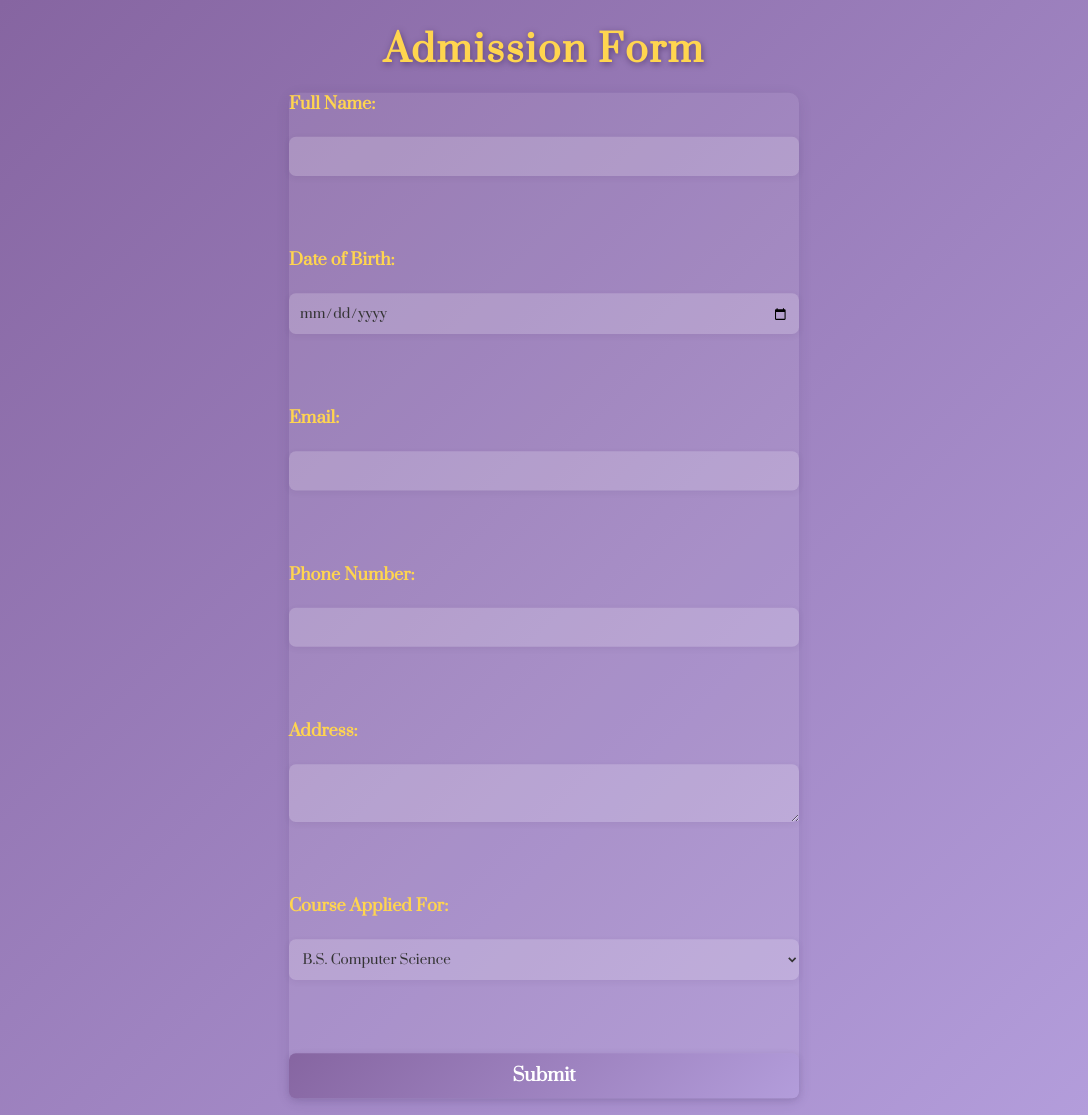
Repository: moinakhere/kelani_university
Page: admission.html
The author's editor kept a copy of each file at every save. The page is drawn from the files as they stood at one save, then again after the next save.
The browser window is 1280 px wide. The pictures show the whole page, at 85% of full size.

Above is the page before, as saved 2025-08-04 21:46:54.

### admission.html
<!DOCTYPE html>
<html>
<head>
    <meta charset="UTF-8">
    <meta name="viewport" content="width=device-width, initial-scale=1.0">
    <link rel="stylesheet" href="css/comppage.css">
</head>
<body class="form-body">
    <h1 class="form-head">Admission Form</h1>
    <form class="form">
        <label for="fullname">Full Name:</label>
        <input type="text" id="fullname" name="fullname" required><br><br>

        <label for="dob">Date of Birth:</label>
        <input type="date" id="dob" name="dob" required><br><br>

        <label for="email">Email:</label>
        <input type="email" id="email" name="email" required><br><br>

        <label for="phone">Phone Number:</label>
        <input type="tel" id="phone" name="phone" required><br><br>

        <label for="address">Address:</label>
        <textarea id="address" name="address" required></textarea><br><br>

        <label for="course">Course Applied For:</label>
        <select>
            <option value="compsc">B.S. Computer Science</option>
            <option value="math">B.S. Mathematics</option>
            <option value="bot">B.S. Botany</option>
            <option value="zoo">B.S. Zoology</option>
            <option value="phy">B.S. Physics</option>
            <option value="chem">B.S. Chemistry</option>
            <option value="stat">B.S. Statistics</option>
        </select><br><br>

        <input type="submit" value="Submit">
    </form>
</body>
</html>

### css/comppage.css
@import url('https://fonts.googleapis.com/css2?family=Courier+Prime:ital,wght@0,400;0,700;1,400;1,700&display=swap');
@import url('https://fonts.googleapis.com/css2?family=Courier+Prime:ital,wght@0,400;0,700;1,400;1,700&family=Prata&display=swap');
/*
Comp Pages CSS
*/
body {
    background: linear-gradient(135deg, #8665A1 0%, #B39DDB 100%);
    color: #fff;
    font-family: 'Courier Prime', monospace;
    margin: 0;
    padding: 0;
    height: 100%;
}

.container {
    max-width: 800px;
    margin: 40px auto;
    background: rgba(4, 207, 190, 0.9);
    border-radius: 18px;
    box-shadow: 0 8px 32px rgba(60, 40, 90, 0.25);
    padding: 40px 32px;
}

h1 {
    font-size: 5em;
    margin-bottom: 0.5em;
    letter-spacing: 2px;
    text-align: center;
    color: #FFD54F;
    text-shadow: 1px 2px 8px #5e437a;
}

p {
    font-size: 1.5em;
    line-height: 1.25;
    margin-bottom: 1.2em;
}

li {
    font-size: 1.5em;
    line-height: 1.25;
    margin-bottom: 1.2em;
}

@media (max-width: 600px) {
    .container {
        padding: 18px 8px;
    }

    h1 {
        font-size: 2em;
    }

    p {
        font-size: 1em;
    }
}
/*
Admission Form CSS
*/
.form {
    display: flex;
    flex-direction: column;
    gap: 20px;
    background: rgba(255,255,255,0.08);
    max-width: 600px;
    border-radius: 12px;
    box-shadow: 0 4px 16px rgba(60, 40, 90, 0.12);
    margin: 20px auto;
}

.form label {
    font-size: 1.1em;
    color: #FFD54F;
    margin-bottom: 6px;
    font-weight: bold;
}

.form input,
.form textarea,
.form select {
    padding: 12px;
    border-radius: 8px;
    border: none;
    font-size: 0.9em;
    font-family: inherit;
    background: rgba(255,255,255,0.18);
    color: #333;
    transition: background 0.2s, box-shadow 0.2s;
    box-shadow: 0 2px 8px rgba(60, 40, 90, 0.08);
}

.form input:focus,
.form textarea:focus,
.form select:focus {
    background: #fff;
    outline: none;
    box-shadow: 0 0 0 2px #8665A1;
}

.form button,
.form input[type="submit"] {
    padding: 12px 24px;
    border-radius: 8px;
    border: none;
    background: linear-gradient(135deg, #8665A1 0%, #B39DDB 100%);
    color: #fff;
    font-size: 1.2em;
    font-weight: bold;
    cursor: pointer;
    transition: background 0.2s, box-shadow 0.2s;
    box-shadow: 0 2px 8px rgba(60, 40, 90, 0.15);
}

.form button:hover,
.form input[type="submit"]:hover {
    background: linear-gradient(135deg, #B39DDB 0%, #8665A1 100%);
    box-shadow: 0 4px 16px rgba(60, 40, 90, 0.18);
}
.form-body {
    background: linear-gradient(135deg, #8665A1 0%, #B39DDB 100%);
    color: #fff;
    font-family: "Prata",serif;
    font-size: 1.1em;
    margin: 0;
    padding: 0;
    height: 100%;
}
.form-head {
    text-align: center;
    font-size: 2.5em;
    margin-bottom: 20px;
    color: #FFD54F;
    text-shadow: 1px 2px 8px #5e437a;
}

After the next save:
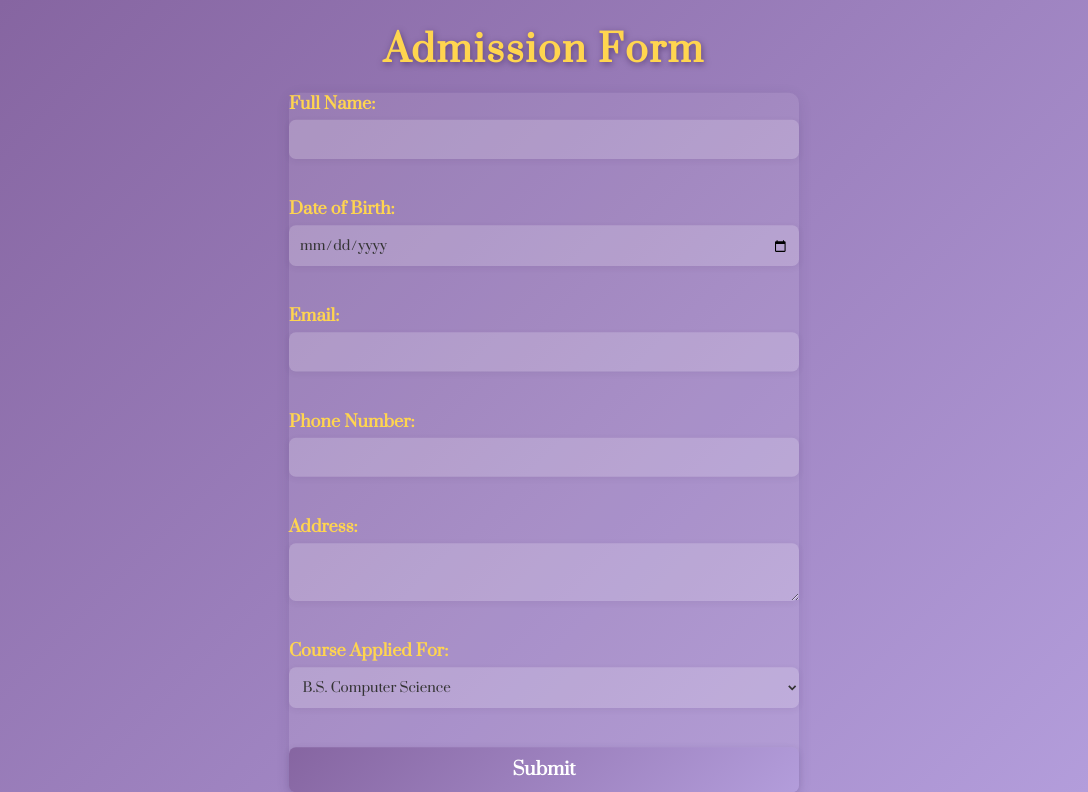
Saved 4 min 39 s later.
--- a/css/comppage.css
+++ b/css/comppage.css
@@ -61,12 +61,11 @@ Admission Form CSS
 .form {
     display: flex;
     flex-direction: column;
-    gap: 20px;
     background: rgba(255,255,255,0.08);
     max-width: 600px;
     border-radius: 12px;
     box-shadow: 0 4px 16px rgba(60, 40, 90, 0.12);
-    margin: 20px auto;
+    margin: 0px auto;
 }
 
 .form label {
